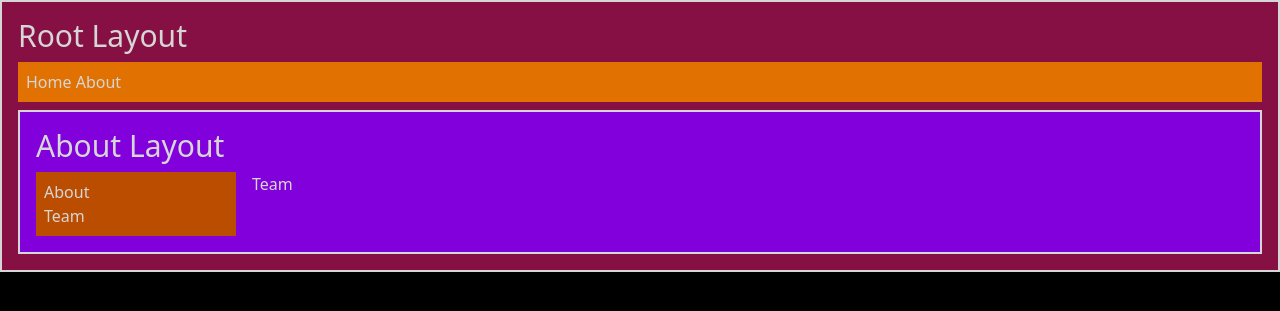
Repository: eyassud/notenow
Page: /about/team
An editor plug-in stored every save of this project. The page is shown before and after the next save, followed by the edit.
The browser window is 1280 px wide. The pictures show the whole page.
The project was rebuilt for these pictures with package versions that can differ from the ones it lists, and the page was loaded fresh each time. The framework's server and built-in components were replaced by stand-ins that run in the browser. Also part of the build but not shown: svelte.config.js, vite.config.ts.

Above is the page before, as saved 2025-12-11 16:27:03.

### src/routes/+layout.svelte
<script lang="ts">
	import './layout.css';
	import favicon from '$lib/assets/favicon.svg';

	let { children } = $props();
</script>

<svelte:head>
	<link rel="icon" href={favicon} />
</svelte:head>

<div class="border-2 bg-pink-900 p-4">
	<h1 class="text-3xl">Root Layout</h1>
	<nav class="my-2 bg-amber-600 p-2">
		<ul class="flex gap-2">
			<li>
				<a href="/">Home</a>
				<a href="/about">About</a>
			</li>
		</ul>
	</nav>
	{@render children()}
</div>

### src/routes/about/+layout.svelte
<script lang="ts">
	import type { LayoutProps } from './$types';

	let { data, children }: LayoutProps = $props();
</script>

<div class="border-2 bg-purple-700 p-4">
	<h1 class="mb-2 text-3xl">About Layout</h1>
	<div class="flex gap-4">
		<div class="w-[200px] bg-amber-700">
			<nav class="p-2">
				<ul class="list-none">
					<li><a href="/about">About</a></li>
					<li>
						<a href="/about/team">Team</a>
					</li>
				</ul>
			</nav>
		</div>
		<div class="flex-1">{@render children()}</div>
	</div>
</div>

### src/routes/about/team/+page.svelte
<script lang="ts">
	import type { PageProps } from './$types';

	let { data }: PageProps = $props();
</script>

<h1>Team</h1>

### src/routes/layout.css
@import 'tailwindcss';
@plugin '@tailwindcss/forms';
@plugin '@tailwindcss/typography';
@plugin 'daisyui';

@plugin 'daisyui' {
	themes:
		light --preferswhite,
		black --default;
}

Loaded but not shown: src/app.html (common file)

After the next save:
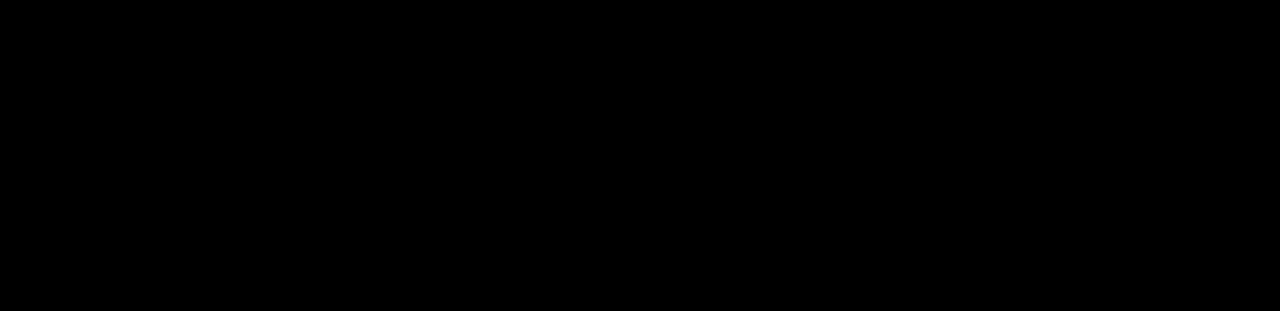
Console error: ReferenceError: page is not defined
Saved 99 s later.
--- a/src/routes/about/+layout.svelte
+++ b/src/routes/about/+layout.svelte
@@ -10,8 +10,8 @@
 		<div class="w-[200px] bg-amber-700">
 			<nav class="p-2">
 				<ul class="list-none">
-					<li><a href="/about">About</a></li>
-					<li>
+					<li class:underline={page.url.pathname === '/about'}><a href="/about">About</a></li>
+					<li class:underline={page.url.pathname === '/about/team'}>
 						<a href="/about/team">Team</a>
 					</li>
 				</ul>

After the save that followed:
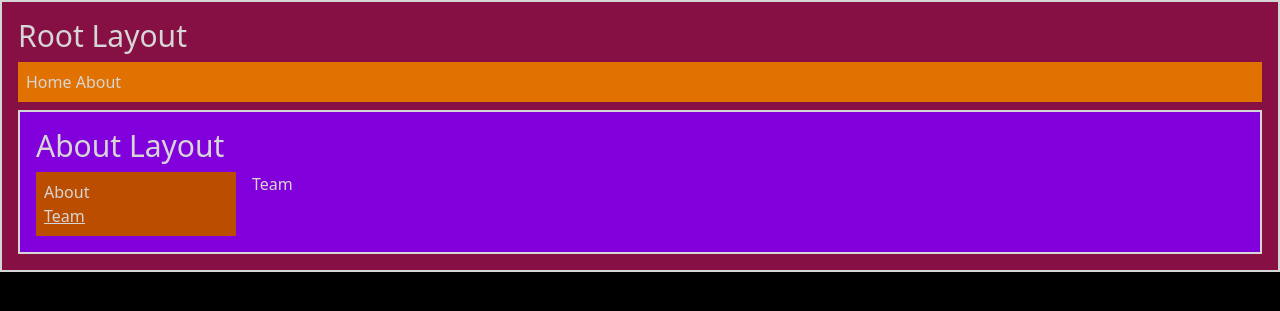
The error is gone.
Saved 5 s later.
--- a/src/routes/about/+layout.svelte
+++ b/src/routes/about/+layout.svelte
@@ -1,4 +1,5 @@
 <script lang="ts">
+	import { page } from '$app/state';
 	import type { LayoutProps } from './$types';
 
 	let { data, children }: LayoutProps = $props();
